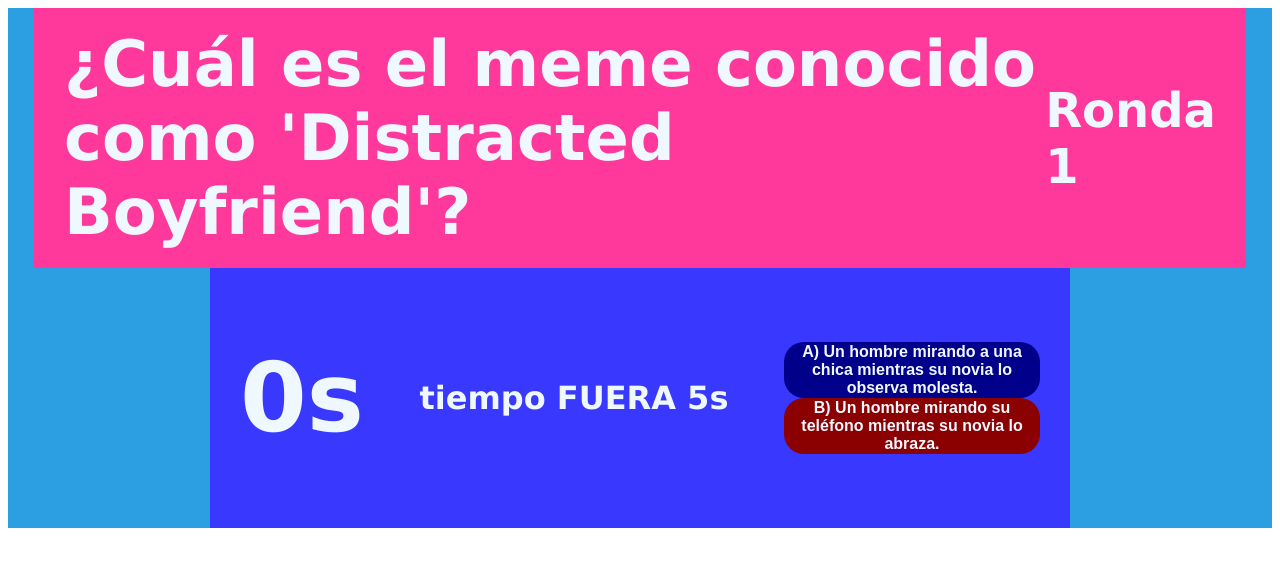
Repository: eschala/Proyecto_Clonaci-n_Kahoot_2023-2
Page: Borrador_Samir_Kahoot_NEW/Prueaba_Validar.html
An editor plug-in stored every save of this project. The page is shown before and after the next save, followed by the edit.
The browser window is 1280 px wide. The pictures show the whole page.

Above is the page before, as saved 2023-11-29 15:21:36.

### Borrador_Samir_Kahoot_NEW/Prueaba_Validar.html
<!DOCTYPE html>
<html lang="en">

<head>
    <meta charset="UTF-8">
    <meta name="viewport" content="width=device-width, initial-scale=1.0">
    <title>Document</title>
    <style>

    </style>
    <link rel="stylesheet" href="stylePrueba.css">

</head>

<body>
    <div class="container">

        <div class="sectionContainer">

            <h1 class="tituloClass">
                pregunta
            </h1>
            <h2 class="aviso">
                ()
            </h2>

            <div class="section_Buttons">
                <div class="btn_content"><button type="button" class="btn_1 botones">opcion A</button></div>
                <div class="btn_content"><button type="button" class="btn_2 botones">opcion B</button></div>



        </div>
            </div>
            <div class="sectionContainer_2">

                <h1 class="Pregunta_S">insertar pregunta</h1>
                <h1 class="aviso_S">aviso</h1>
            </div>

    </div>

    <script src="respuesta_VALIDAR.js"></script>
</body>

</html>

### Borrador_Samir_Kahoot_NEW/stylePrueba.css
.container {
    font-family: Verdana, Geneva, Tahoma, sans-serif;

    width: 100%;
    height: 100%;
    background-color: rgb(43, 159, 226);

    display: flex;
    flex-direction: column;

    align-items: center;
    justify-content: center;

}

.sectionContainer {

    height: 200px;
    width: 800px;

    background-color: rgb(56, 56, 255);

    display: flex;
    justify-content: space-between;
    align-items: center;
    color: aliceblue;

    font-size: 3rem;
    padding: 30px;

    order: 1;
}
.sectionContainer_2 {

    height: 200px;
    width: 90vw;

    background-color: rgb(255, 56, 156);

    display: flex;
    justify-content: space-between;
    align-items: center;
    color: aliceblue;

    font-size: 3rem;
    padding: 30px;

    order: 0;
}

.sub_Container_2 {

    height: 200px;
    width: 800px;

    background-color: red;

    display: flex;

}

.btn_content {
    max-width: 20vw;
    display: flex;

    align-items: center;
    justify-content: center;

    cursor: pointer;
}

.btn_1 {


    background-color:darkblue;
}

.btn_2 {


    background-color:darkred;
}

.botones:hover{

    opacity: 50%;
    cursor: pointer;
}

.botones{

    font-weight: 700;


    color:aliceblue;
    font-size: 1rem;
    cursor: pointer;

    border-radius: 20px;
    border: 0px;
}

.aviso_S{
    font-family: Verdana, Geneva, Tahoma, sans-serif;
    font-size: 3rem;
}
.Pregunta_S{
    font-size: 4rem;
}

### Borrador_Samir_Kahoot_NEW/respuesta_VALIDAR.js
const container_E=document.querySelector(".container");
const sectionContainer_E=document.querySelector(".sectionContainer");
const sub_Container_2_E=document.querySelector(".sub_Container_2");
const btn_1_E=document.querySelector(".btn_1");
const btn_2_E=document.querySelector(".btn_2");
const h2_E=document.querySelector(".aviso");
const tituloClass_E=document.querySelector(".tituloClass");

/* const container_element=".container";
const sectionContainer_element=".sectionContainer";
const sub_Container_2_element=".sub_Container_2";
const btn_1_element=".btn_1";
const btn_2_element=".btn_2";
const h2_element=".aviso";
const tituloClass_element=".tituloClass";

container_element=document.querySelector(container_element);
sectionContainer_element=document.querySelector(sectionContainer_element);
sub_Container_2_element=document.querySelector(sub_Container_2_element);
btn_1_element=document.querySelector(btn_1_element);
btn_2_element=document.querySelector(btn_2_element);
h2_element=document.querySelector(h2_element);
tituloClass_element=document.querySelector(tituloClass_element);
 */
   var contar_S=0;
   var contar_R=0;
   var vacio=0;
var segundos =3;

var contar_2=0;
const intervalo=1000;

const pregunta_E=document.querySelector(".Pregunta_S");
const aviso_E=document.querySelector(".aviso_S");

h2_E.style.display="block";
h2_E.style.fontSize="2rem";

var funcionPrueba=()=>{



    segundos--;


    tituloClass_E.innerHTML=segundos+ "s";


    if(segundos==contar_R){

    contar_S++;
    vacio=contar_S-1;

        clearInterval(timeRunning);
        segundos=3;
        activateTimeOUT();
        contar_2++;
        h2_E.innerHTML="tiempo FUERA 5s";aviso_E.innerHTML="Ronda "+contar_S;

        if(contar_S==3){

            contar_S=0;
        }
    }
    else{
        h2_E.innerHTML="";

    }



    pregunta_E.innerHTML=preguntas_String[vacio]

    btn_1_E.innerHTML=respuesta_Correcta_String[vacio]
    btn_2_E.innerHTML=respuesta_String[vacio]


}





/* const timeOuter = function (){

}  */

const activateTime=()=>{
timeRunning = setInterval(funcionPrueba,intervalo);
}
const activateTimeOUT=()=>{
tiempoFuera = setTimeout(activateTime,intervalo*segundos);
}
activateTime();







const preguntas_String = [
    "¿Cuál es el meme conocido como 'Distracted Boyfriend'?",
    "¿Qué animal es el protagonista del meme 'Surprised Pikachu'?",
    "¿Quién es el protagonista del meme 'Hide the Pain Harold'?"
  ];

  const respuesta_String = [
    [ "B) Un hombre mirando su teléfono mientras su novia lo abraza."],
    ["A) Un gato."],
    [ "B) Un actor famoso."]
  ];

  const respuesta_Correcta_String = [
    "A) Un hombre mirando a una chica mientras su novia lo observa molesta.",
    "B) Un Pokémon.",
    "A) Un modelo de stock photography."];

After the next save:
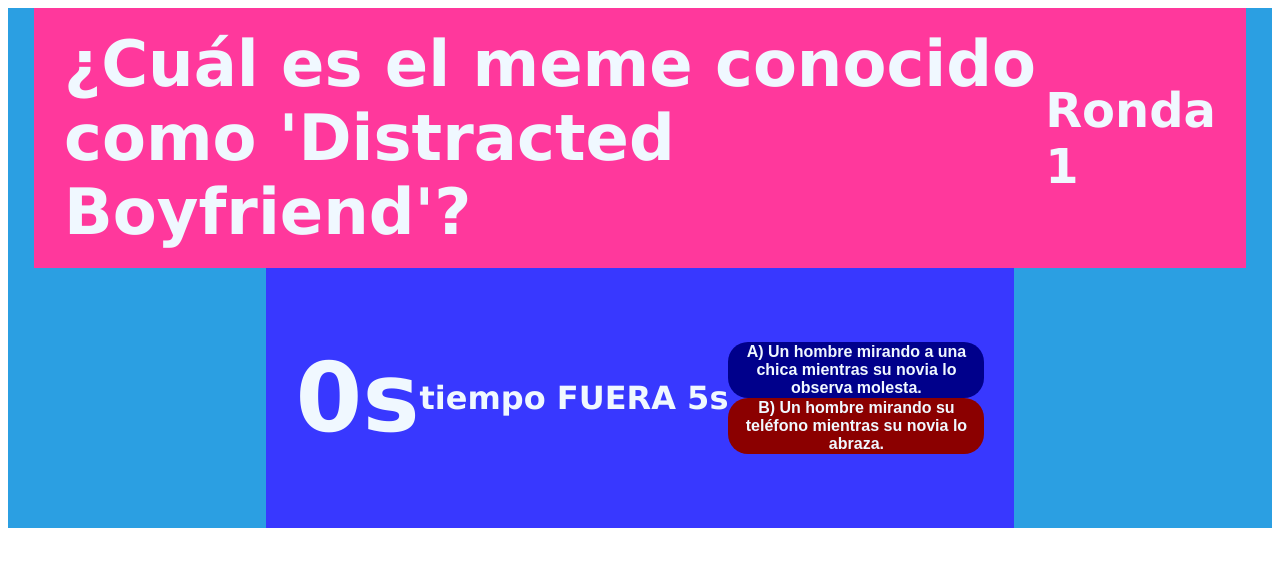
Saved 29 s later.
--- a/Borrador_Samir_Kahoot_NEW/stylePrueba.css
+++ b/Borrador_Samir_Kahoot_NEW/stylePrueba.css
@@ -16,7 +16,7 @@
 .sectionContainer {
 
     height: 200px;
-    width: 800px;
+
 
     background-color: rgb(56, 56, 255);
 
